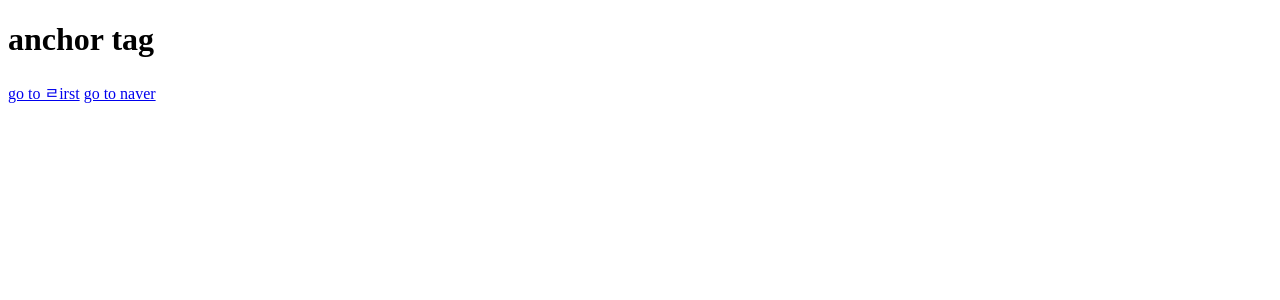
Repository: hyungju2/SSAFY_JavaPractice
Page: 20190211_HTML/web_java/HTMLProject/WebContent/html/Second.html
The author's editor kept a copy of each file at every save. The page is drawn from the files as they stood at one save, then again after the next save.
The browser window is 1280 px wide. The pictures show the whole page.

Above is the page before, as saved 2019-02-11 04:18:29.

### 20190211_HTML/web_java/HTMLProject/WebContent/html/Second.html
<!DOCTYPE html>
<html>
<head>
<meta charset="UTF-8">
<title>My page Title</title>
</head>
	<body>
		<!--  링크 걸기 -->
		<h1>anchor tag</h1>
		<a href="First.html">go to ㄹirst</a>
		<a href="http://www.naver.com">go to naver</a>

	</body>
</html>

After the next save:
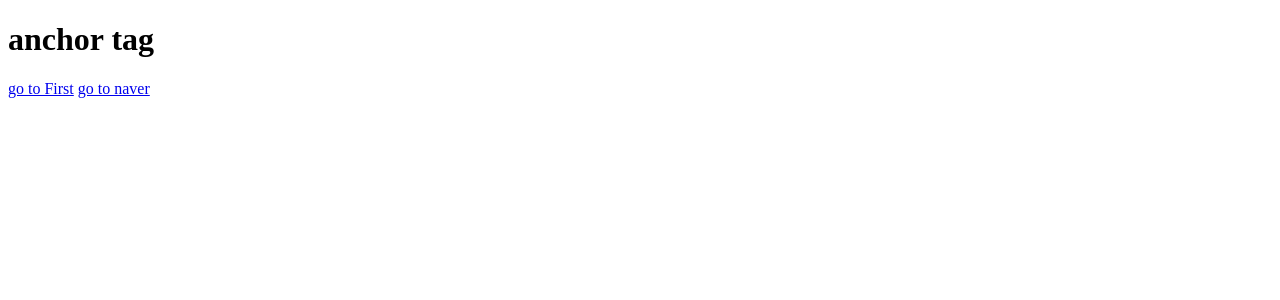
Saved 26 s later.
--- a/20190211_HTML/web_java/HTMLProject/WebContent/html/Second.html
+++ b/20190211_HTML/web_java/HTMLProject/WebContent/html/Second.html
@@ -5,9 +5,9 @@
 <title>My page Title</title>
 </head>
 	<body>
-		<!--  링크 걸기 -->
+		<!--  링크 걸기, anchor tag -->
 		<h1>anchor tag</h1>
-		<a href="First.html">go to ㄹirst</a>
+		<a href="First.html">go to First</a>
 		<a href="http://www.naver.com">go to naver</a>
 
 	</body>
